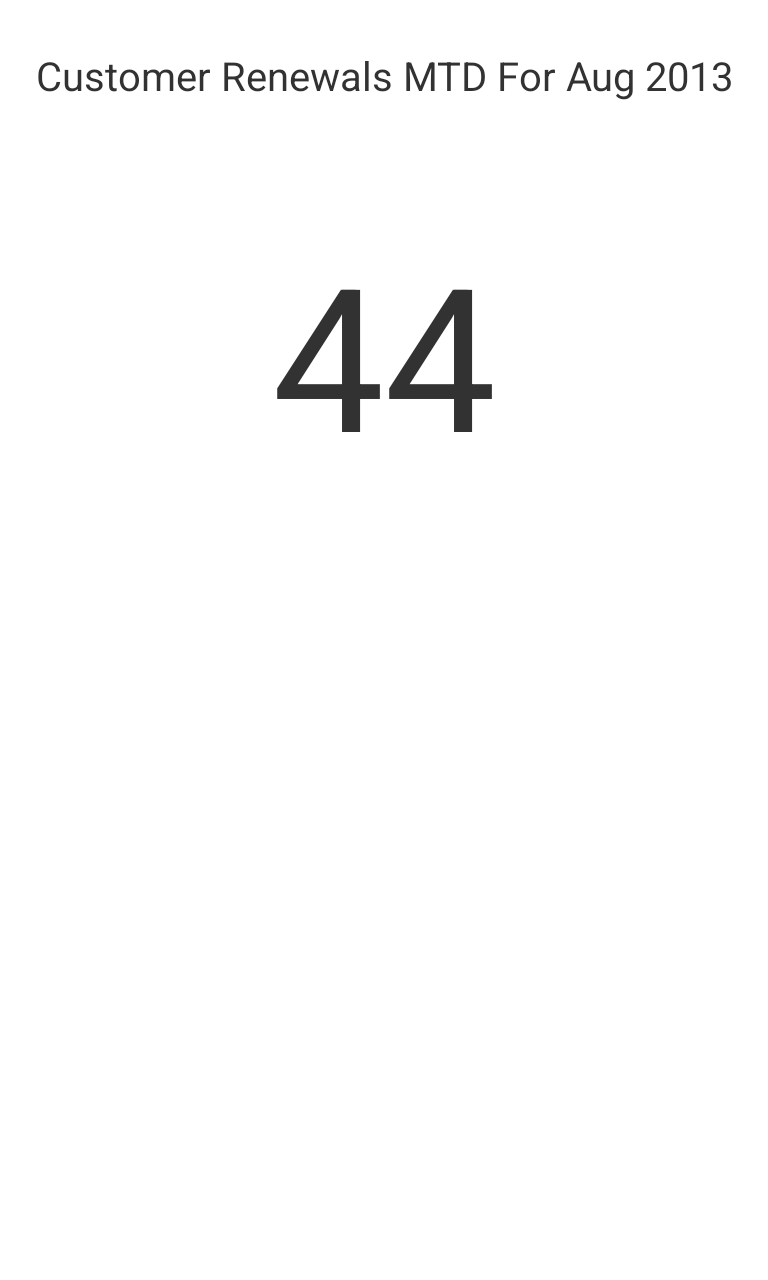
Repository: jemcphe/XCell
Layout: XCell/res/layout/data_renewals.xml
These files come from the project's save history. The layout is drawn as it stood at one moment and after the next save; the edit follows.
It is drawn on a 768 x 1280 px phone screen (xhdpi) without system bars, with theme Theme.Xcell; the app's code is not run.

Above is the layout before, as saved 2013-08-17 00:23:40.

### XCell/res/layout/data_renewals.xml
<?xml version="1.0" encoding="utf-8"?>
<RelativeLayout xmlns:android="http://schemas.android.com/apk/res/android"
    android:layout_width="match_parent"
    android:layout_height="match_parent" >

    <TextView
        android:id="@+id/mtdLabel"
        android:layout_width="wrap_content"
        android:layout_height="wrap_content"
        android:layout_alignParentTop="true"
        android:layout_centerHorizontal="true"
        android:layout_marginTop="24dp"
        android:textSize="20sp"
        android:text="Customer Renewals MTD For Aug 2013"
        android:gravity="center" />

    <TextView
        android:id="@+id/data_renewalsValue"
        android:layout_width="wrap_content"
        android:layout_height="wrap_content"
        android:layout_below="@+id/mtdLabel"
        android:layout_centerHorizontal="true"
        android:layout_marginTop="59dp"
        android:text="44"
        android:textSize="100sp" />

</RelativeLayout>

### XCell/res/values/styles_xcell.xml
<?xml version="1.0" encoding="utf-8"?>

<resources>

    <style name="Theme.Xcell" parent="@android:style/Theme.Holo.Light">
        <item name="android:actionBarItemBackground">@drawable/selectable_background_xcell</item>
        <item name="android:popupMenuStyle">@style/PopupMenu.Xcell</item>
        <item name="android:dropDownListViewStyle">@style/DropDownListView.Xcell</item>
        <item name="android:actionBarTabStyle">@style/ActionBarTabStyle.Xcell</item>
        <item name="android:actionDropDownStyle">@style/DropDownNav.Xcell</item>
        <item name="android:actionBarStyle">@style/ActionBar.Solid.Xcell</item>
        <item name="android:actionModeBackground">@drawable/cab_background_top_xcell</item>
        <item name="android:actionModeSplitBackground">@drawable/cab_background_bottom_xcell</item>
        <item name="android:actionModeCloseButtonStyle">@style/ActionButton.CloseMode.Xcell</item>


    </style>

    <style name="ActionBar.Solid.Xcell" parent="@android:style/Widget.Holo.Light.ActionBar.Solid">
        <item name="android:background">@drawable/ab_background_textured_xcell</item>
        <item name="android:backgroundStacked">@drawable/ab_stacked_solid_xcell</item>
        <item name="android:backgroundSplit">@drawable/ab_background_textured_xcell</item>
        <item name="android:progressBarStyle">@style/ProgressBar.Xcell</item>
    </style>

    <style name="ActionBar.Transparent.Xcell" parent="@android:style/Widget.Holo.Light.ActionBar">
        <item name="android:background">@drawable/ab_transparent_xcell</item>
        <item name="android:progressBarStyle">@style/ProgressBar.Xcell</item>
    </style>

    <style name="PopupMenu.Xcell" parent="@android:style/Widget.Holo.Light.ListPopupWindow">
        <item name="android:popupBackground">@drawable/menu_dropdown_panel_xcell</item>
    </style>

    <style name="DropDownListView.Xcell" parent="@android:style/Widget.Holo.Light.ListView.DropDown">
        <item name="android:listSelector">@drawable/selectable_background_xcell</item>
    </style>

    <style name="ActionBarTabStyle.Xcell" parent="@android:style/Widget.Holo.Light.ActionBar.TabView">
        <item name="android:background">@drawable/tab_indicator_ab_xcell</item>
    </style>

    <style name="DropDownNav.Xcell" parent="@android:style/Widget.Holo.Light.Spinner">
        <item name="android:background">@drawable/spinner_background_ab_xcell</item>
        <item name="android:popupBackground">@drawable/menu_dropdown_panel_xcell</item>
        <item name="android:dropDownSelector">@drawable/selectable_background_xcell</item>
    </style>

    <style name="ProgressBar.Xcell" parent="@android:style/Widget.Holo.Light.ProgressBar.Horizontal">
        <item name="android:progressDrawable">@drawable/progress_horizontal_xcell</item>
    </style>

    <style name="ActionButton.CloseMode.Xcell" parent="@android:style/Widget.Holo.Light.ActionButton.CloseMode">
        <item name="android:background">@drawable/btn_cab_done_xcell</item>
    </style>

    <!-- this style is only referenced in a Light.DarkActionBar based theme -->
    <style name="Theme.Xcell.Widget" parent="@android:style/Theme.Holo">
        <item name="android:popupMenuStyle">@style/PopupMenu.Xcell</item>
        <item name="android:dropDownListViewStyle">@style/DropDownListView.Xcell</item>
    </style>

</resources>

### XCell/res/drawable/selectable_background_xcell.xml
<?xml version="1.0" encoding="utf-8"?>
<!-- File created by the Android Action Bar Style Generator

     Copyright (C) 2011 The Android Open Source Project
     Copyright (C) 2012 readyState Software Ltd

     Licensed under the Apache License, Version 2.0 (the "License");
     you may not use this file except in compliance with the License.
     You may obtain a copy of the License at

          http://www.apache.org/licenses/LICENSE-2.0

     Unless required by applicable law or agreed to in writing, software
     distributed under the License is distributed on an "AS IS" BASIS,
     WITHOUT WARRANTIES OR CONDITIONS OF ANY KIND, either express or implied.
     See the License for the specific language governing permissions and
     limitations under the License.
-->

<selector xmlns:android="http://schemas.android.com/apk/res/android"
        android:exitFadeDuration="@android:integer/config_mediumAnimTime" >
    <item android:state_pressed="false" android:state_focused="true" android:drawable="@drawable/list_focused_xcell" />
    <item android:state_pressed="true" android:drawable="@drawable/pressed_background_xcell" />
    <item android:drawable="@android:color/transparent" />
</selector>

### XCell/res/drawable/btn_cab_done_xcell.xml
<?xml version="1.0" encoding="utf-8"?>
<!-- File created by the Android Action Bar Style Generator

     Copyright (C) 2011 The Android Open Source Project
     Copyright (C) 2012 readyState Software Ltd

     Licensed under the Apache License, Version 2.0 (the "License");
     you may not use this file except in compliance with the License.
     You may obtain a copy of the License at

          http://www.apache.org/licenses/LICENSE-2.0

     Unless required by applicable law or agreed to in writing, software
     distributed under the License is distributed on an "AS IS" BASIS,
     WITHOUT WARRANTIES OR CONDITIONS OF ANY KIND, either express or implied.
     See the License for the specific language governing permissions and
     limitations under the License.
-->

<selector xmlns:android="http://schemas.android.com/apk/res/android">
    <item android:state_pressed="true"
        android:drawable="@drawable/btn_cab_done_pressed_xcell" />
    <item android:state_focused="true" android:state_enabled="true"
        android:drawable="@drawable/btn_cab_done_focused_xcell" />
    <item android:state_enabled="true"
        android:drawable="@drawable/btn_cab_done_default_xcell" />
</selector>

### XCell/res/drawable/ab_background_textured_xcell.xml
<?xml version="1.0" encoding="utf-8"?>
<!-- File created by the Android Action Bar Style Generator

     Copyright (C) 2012 readyState Software Ltd

     Licensed under the Apache License, Version 2.0 (the "License");
     you may not use this file except in compliance with the License.
     You may obtain a copy of the License at

          http://www.apache.org/licenses/LICENSE-2.0

     Unless required by applicable law or agreed to in writing, software
     distributed under the License is distributed on an "AS IS" BASIS,
     WITHOUT WARRANTIES OR CONDITIONS OF ANY KIND, either express or implied.
     See the License for the specific language governing permissions and
     limitations under the License.
-->

<bitmap xmlns:android="http://schemas.android.com/apk/res/android"
    android:src="@drawable/ab_texture_tile_xcell"
    android:tileMode="repeat" />

### XCell/res/drawable/progress_horizontal_xcell.xml
<?xml version="1.0" encoding="utf-8"?>
<!-- File created by the Android Action Bar Style Generator

     Copyright (C) 2011 The Android Open Source Project
     Copyright (C) 2012 readyState Software Ltd

     Licensed under the Apache License, Version 2.0 (the "License");
     you may not use this file except in compliance with the License.
     You may obtain a copy of the License at

          http://www.apache.org/licenses/LICENSE-2.0

     Unless required by applicable law or agreed to in writing, software
     distributed under the License is distributed on an "AS IS" BASIS,
     WITHOUT WARRANTIES OR CONDITIONS OF ANY KIND, either express or implied.
     See the License for the specific language governing permissions and
     limitations under the License.
-->

<layer-list xmlns:android="http://schemas.android.com/apk/res/android">

    <item android:id="@android:id/background"
          android:drawable="@drawable/progress_bg_xcell" />

    <item android:id="@android:id/secondaryProgress">
        <scale android:scaleWidth="100%"
               android:drawable="@drawable/progress_secondary_xcell" />
    </item>

    <item android:id="@android:id/progress">
        <scale android:scaleWidth="100%"
               android:drawable="@drawable/progress_primary_xcell" />
    </item>

</layer-list>

### XCell/res/drawable/spinner_background_ab_xcell.xml
<?xml version="1.0" encoding="utf-8"?>
<!-- File created by the Android Action Bar Style Generator

     Copyright (C) 2011 The Android Open Source Project
     Copyright (C) 2012 readyState Software Ltd

     Licensed under the Apache License, Version 2.0 (the "License");
     you may not use this file except in compliance with the License.
     You may obtain a copy of the License at

          http://www.apache.org/licenses/LICENSE-2.0

     Unless required by applicable law or agreed to in writing, software
     distributed under the License is distributed on an "AS IS" BASIS,
     WITHOUT WARRANTIES OR CONDITIONS OF ANY KIND, either express or implied.
     See the License for the specific language governing permissions and
     limitations under the License.
-->

<selector xmlns:android="http://schemas.android.com/apk/res/android">
    <item android:state_enabled="false"
        android:drawable="@drawable/spinner_ab_disabled_xcell" />
    <item android:state_pressed="true"
        android:drawable="@drawable/spinner_ab_pressed_xcell" />
    <item android:state_pressed="false" android:state_focused="true"
        android:drawable="@drawable/spinner_ab_focused_xcell" />
    <item android:drawable="@drawable/spinner_ab_default_xcell" />
</selector>

### XCell/res/drawable/tab_indicator_ab_xcell.xml
<?xml version="1.0" encoding="utf-8"?>
<!-- File created by the Android Action Bar Style Generator

     Copyright (C) 2011 The Android Open Source Project
     Copyright (C) 2012 readyState Software Ltd

     Licensed under the Apache License, Version 2.0 (the "License");
     you may not use this file except in compliance with the License.
     You may obtain a copy of the License at

          http://www.apache.org/licenses/LICENSE-2.0

     Unless required by applicable law or agreed to in writing, software
     distributed under the License is distributed on an "AS IS" BASIS,
     WITHOUT WARRANTIES OR CONDITIONS OF ANY KIND, either express or implied.
     See the License for the specific language governing permissions and
     limitations under the License.
-->

<selector xmlns:android="http://schemas.android.com/apk/res/android">
    <!-- Non focused states -->
    <item android:state_focused="false" android:state_selected="false" android:state_pressed="false" android:drawable="@android:color/transparent"/>
    <item android:state_focused="false" android:state_selected="true"  android:state_pressed="false" android:drawable="@drawable/tab_selected_xcell" />

    <!-- Focused states -->
    <item android:state_focused="true" android:state_selected="false" android:state_pressed="false" android:drawable="@drawable/tab_unselected_focused_xcell" />
    <item android:state_focused="true" android:state_selected="true"  android:state_pressed="false" android:drawable="@drawable/tab_selected_focused_xcell" />

    <!-- Pressed -->
    <!--    Non focused states -->
    <item android:state_focused="false" android:state_selected="false" android:state_pressed="true" android:drawable="@drawable/tab_unselected_pressed_xcell" />
    <item android:state_focused="false" android:state_selected="true"  android:state_pressed="true" android:drawable="@drawable/tab_selected_pressed_xcell" />

    <!--    Focused states -->
    <item android:state_focused="true" android:state_selected="false" android:state_pressed="true" android:drawable="@drawable/tab_unselected_pressed_xcell" />
    <item android:state_focused="true" android:state_selected="true"  android:state_pressed="true" android:drawable="@drawable/tab_selected_pressed_xcell" />
</selector>

### XCell/res/drawable/pressed_background_xcell.xml
<?xml version="1.0" encoding="utf-8"?>
<!-- File created by the Android Action Bar Style Generator

     Copyright (C) 2011 The Android Open Source Project
     Copyright (C) 2012 readyState Software Ltd

     Licensed under the Apache License, Version 2.0 (the "License");
     you may not use this file except in compliance with the License.
     You may obtain a copy of the License at

          http://www.apache.org/licenses/LICENSE-2.0

     Unless required by applicable law or agreed to in writing, software
     distributed under the License is distributed on an "AS IS" BASIS,
     WITHOUT WARRANTIES OR CONDITIONS OF ANY KIND, either express or implied.
     See the License for the specific language governing permissions and
     limitations under the License.
-->

<shape xmlns:android="http://schemas.android.com/apk/res/android" android:shape="rectangle">
    <solid android:color="@color/pressed_xcell" />
</shape>

### XCell/res/values/colors_xcell.xml
<?xml version="1.0" encoding="utf-8"?>
<!-- File created by the Android Action Bar Style Generator

     Copyright (C) 2011 The Android Open Source Project
     Copyright (C) 2012 readyState Software Ltd

     Licensed under the Apache License, Version 2.0 (the "License");
     you may not use this file except in compliance with the License.
     You may obtain a copy of the License at

          http://www.apache.org/licenses/LICENSE-2.0

     Unless required by applicable law or agreed to in writing, software
     distributed under the License is distributed on an "AS IS" BASIS,
     WITHOUT WARRANTIES OR CONDITIONS OF ANY KIND, either express or implied.
     See the License for the specific language governing permissions and
     limitations under the License.
-->

<resources>
    <color name="pressed_xcell">#CC33B5E5</color>
    <color name="background_xcell">#d8e8e8</color>
    <color name="xcell_blue">#12679b</color>
</resources>

After the next save:
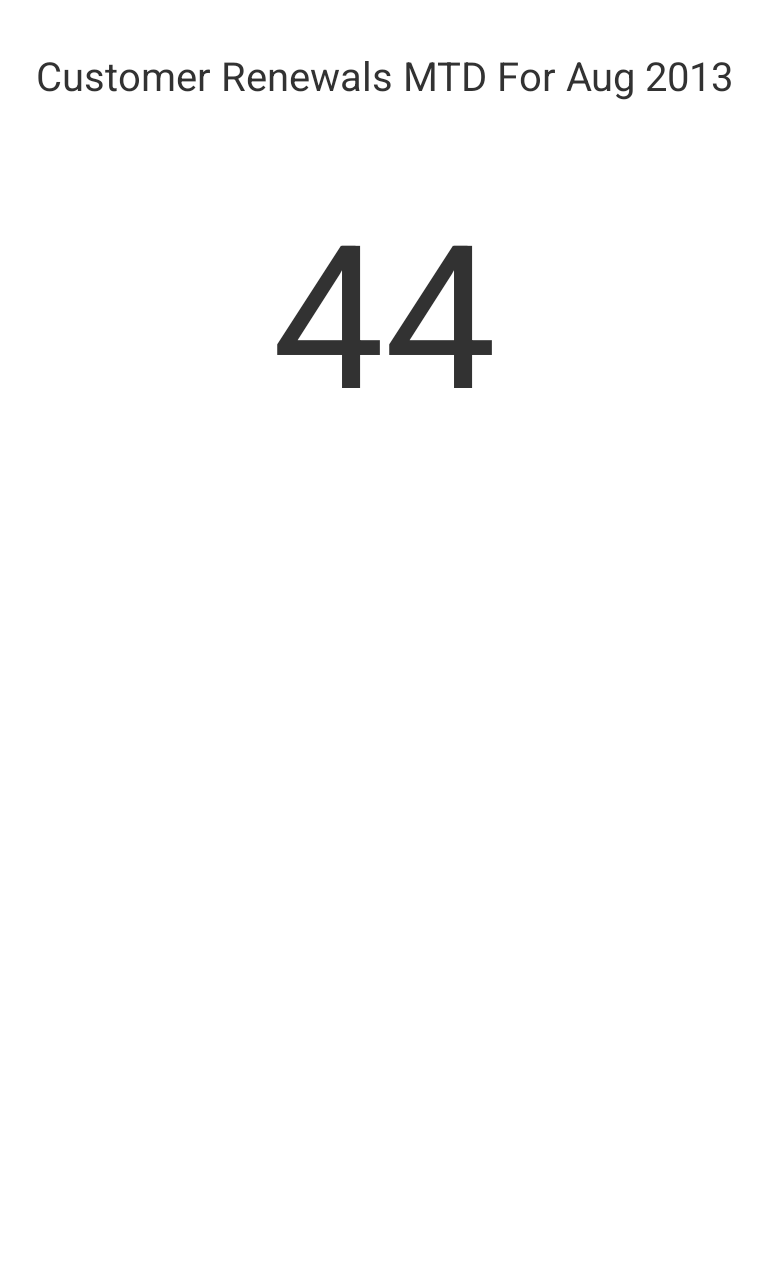
Saved 9 s later.
--- a/XCell/res/layout/data_renewals.xml
+++ b/XCell/res/layout/data_renewals.xml
@@ -20,7 +20,7 @@
         android:layout_height="wrap_content"
         android:layout_below="@+id/mtdLabel"
         android:layout_centerHorizontal="true"
-        android:layout_marginTop="59dp"
+        android:layout_marginTop="37dp"
         android:text="44"
         android:textSize="100sp" />
 
